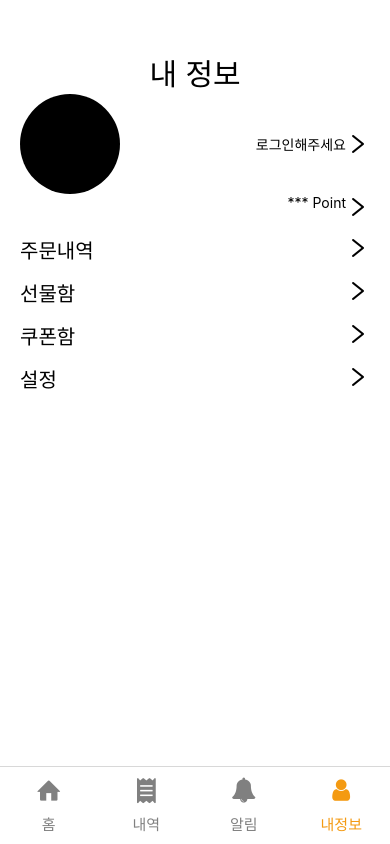
Repository: Unique0902/GachiDutch
Screen: /User
These files come from the project's save history. The screen is drawn as it stood at one moment and after the next save; the edit follows.
The app was drawn by React Native's web renderer in a window 390 px wide. The project was rebuilt for these pictures with package versions that can differ from the ones it lists, and the page was loaded fresh each time. Some packages were replaced by stand-ins written for this rebuild. Also part of the build but not shown: sources/components/lowBar/lowBar.jsx, sources/components/taxi/taxi.jsx, sources/components/alarm/alert.js, sources/components/alarm/alarm.jsx, sources/components/dutch_history/dutch_history.jsx, sources/components/dutchpay_historys/dutchpay_historys.jsx, sources/components/delivery_historys/delivery_historys.jsx, sources/components/taxi_historys/taxi_historys.jsx and 2 more.

Above is the screen before, as saved 2022-11-11 15:54:44.

### App.js
import React from 'react';
import { StyleSheet, Text, View, Image } from 'react-native';
import Home from './sources/components/home/home';
import { NavigationContainer } from '@react-navigation/native';
import { createNativeStackNavigator } from '@react-navigation/native-stack';
import Taxi from './sources/components/taxi/taxi';
import Main from './sources/routes/main/main';
import Login from './sources/routes/login/login';
import HttpClient from './sources/network/http.js';
import ReceiptService from './sources/services/receipt.js';

const Stack = createNativeStackNavigator();
const baseURL = 'https://dutch-server.herokuapp.com';
const httpClient = new HttpClient(baseURL);
const receiptService = new ReceiptService(baseURL);

export default function App() {
  return (
    <>
      <NavigationContainer>
        <Stack.Navigator screenOptions={{ headerShown: false }}>
          <Stack.Screen
            name='Main'
            children={({ navigation, route }) => (
              <Main
                receiptService={receiptService}
                navigation={navigation}
                route={route}
              />
            )}
          />
          <Stack.Screen name='Taxi' component={Taxi} />
          <Stack.Screen name='Login' component={Login} />
        </Stack.Navigator>
      </NavigationContainer>
    </>
  );
}

const styles = StyleSheet.create({
  header: {
    flexDirection: 'row',
    alignItems: 'center',
    justifyContent: 'space-between',
    margin: 25,
  },
  main: {},
  container: {
    flex: 1,
    backgroundColor: '#fff',
    alignItems: 'center',
    justifyContent: 'center',
  },
  logo: {
    width: 150,
    height: 30,
  },
});

### sources/components/home/home.jsx
import React, { useRef, useState, useEffect } from 'react';
import {
  StyleSheet,
  Text,
  View,
  Image,
  Button,
  Pressable,
  ScrollView,
  Dimensions,
} from 'react-native';
import { Entypo } from '@expo/vector-icons';
import { FontAwesome } from '@expo/vector-icons';
import { FontAwesome5 } from '@expo/vector-icons';
import LowBar from '../lowBar/lowBar';
import { isLogin, getUid } from '../../services/asyncstorage';
import { StatusBar } from 'react-native';

const Home = ({ login, setLogin, navigation, setUserData, userData }) => {
  const [scrollNum, setScrollNum] = useState(1);
  const windowWidth = Dimensions.get('window').width;
  const statusBarHeight = StatusBar.currentHeight;
  const headerStyle = {
    marginTop: statusBarHeight,
  };
  let advertisementWidth = windowWidth - 40;
  const scrollWidth = parseInt(advertisementWidth);
  let scrollLeft = 0;

  const advertisementStyle = () => {
    return {
      width: advertisementWidth,
    };
  };
  const pageCircleStyle = (num) => {
    if (scrollNum === num) {
      return {
        color: '#FB9700',
      };
    } else {
      return {
        color: '#FFFDD1',
      };
    }
  };
  const scrollRef = useRef();
  return (
    <View style={[styles.home, headerStyle]}>
      <View style={styles.top}>
        <View style={styles.header}>
          <Image
            source={require('../../images/dutch_logo.png')}
            style={styles.logo}
          />
          <Pressable>
            <Entypo name='menu' size={35} color='black' />
          </Pressable>
        </View>
        <View style={styles.mainTop}>
          {login ? (
            <View style={styles.onLogin}>
              <Text style={styles.onLoginText}>
                {userData && userData.name}님 반가워요!
              </Text>
            </View>
          ) : (
            <View style={styles.login}>
              <View style={styles.loginTop}>
                <Pressable
                  style={styles.loginBtn}
                  onPress={() =>
                    navigation.navigate('Login', { setLogin, setUserData })
                  }
                >
                  <Text style={[styles.loginText, styles.loginBtnText]}>
                    로그인
                  </Text>
                </Pressable>
                <Text style={styles.loginText}>하시고</Text>
              </View>
              <Text style={styles.loginText}>다양한 혜택을 만나 보세요!</Text>
            </View>
          )}
          <View style={styles.advertisementBox}>
            <ScrollView
              horizontal
              pagingEnabled
              contentContainerStyle={styles.advertisementScroll}
              ref={scrollRef}
              onScroll={(e) => {
                scrollLeft = parseInt(e.nativeEvent.contentOffset.x);
                if (scrollLeft % scrollWidth < 10) {
                  setScrollNum(parseInt(scrollLeft / scrollWidth + 1));
                }
              }}
              scrollEventThrottle={100}
              showsHorizontalScrollIndicator={false}
            >
              <Pressable style={[styles.advertisement, advertisementStyle()]}>
                <Image
                  source={require('../../images/advertisement_img.png')}
                  style={styles.advertisementImg}
                />
                <Text style={styles.advertisementText}>
                  같이 더치로{'\n'}편리하게 이용하세요
                </Text>
              </Pressable>
              <Pressable style={[styles.advertisement, advertisementStyle()]}>
                <Image
                  source={require('../../images/advertisement_img.png')}
                  style={styles.advertisementImg}
                />
                <Text style={styles.advertisementText}>
                  같이 더치로{'\n'}편리하게 이용하세요
                </Text>
              </Pressable>
              <Pressable style={[styles.advertisement, advertisementStyle()]}>
                <Image
                  source={require('../../images/advertisement_img.png')}
                  style={styles.advertisementImg}
                />
                <Text style={styles.advertisementText}>
                  같이 더치로{'\n'}편리하게 이용하세요
                </Text>
              </Pressable>
              <Pressable style={[styles.advertisement, advertisementStyle()]}>
                <Image
                  source={require('../../images/advertisement_img.png')}
                  style={styles.advertisementImg}
                />
                <Text style={styles.advertisementText}>
                  같이 더치로{'\n'}편리하게 이용하세요
                </Text>
              </Pressable>
            </ScrollView>
            <View style={styles.pageCircles}>
              <FontAwesome
                style={[styles.pageCircle, pageCircleStyle(1)]}
                name='circle'
                size={10}
                color='white'
              />
              <FontAwesome
                style={[styles.pageCircle, pageCircleStyle(2)]}
                name='circle'
                size={10}
                color='white'
              />
              <FontAwesome
                style={[styles.pageCircle, pageCircleStyle(3)]}
                name='circle'
                size={10}
                color='white'
              />
              <FontAwesome
                style={[styles.pageCircle, pageCircleStyle(4)]}
                name='circle'
                size={10}
                color='white'
              />
            </View>
          </View>
        </View>
      </View>
      <Pressable style={styles.event}>
        <View>
          <Text style={[styles.eventText, { fontSize: 20 }]}>
            이벤트 {'   '}|
          </Text>
        </View>
        <Text style={[styles.eventText, { fontSize: 15, marginLeft: 20 }]}>
          같이더치 월 결제로 10% 할인받자!
        </Text>
        <Text style={[styles.eventText, { fontSize: 20, marginLeft: 20 }]}>
          {'>'}
        </Text>
      </Pressable>

      <View style={styles.mainBottom}>
        <View style={styles.categories}>
          <View style={styles.topBtns}>
            <View style={styles.btnShadow}>
              <Pressable
                style={styles.goodsBtn}
                onPress={() => {
                  if (login) {
                    navigation.navigate('Taxi', { userData });
                  } else {
                    navigation.navigate('Login', { setLogin, setUserData });
                  }
                }}
              >
                <Image
                  source={require('../../images/taxi_img.png')}
                  style={styles.taxiImg}
                />
                <Text style={[styles.goodText, { marginTop: 20 }]}>택시</Text>
              </Pressable>
            </View>
            <View style={styles.btnShadow}>
              <Pressable style={styles.goodsBtn}>
                <Image
                  source={require('../../images/delivery_img.png')}
                  style={styles.taxiImg}
                />
                <Text style={[styles.goodText, { marginTop: 20 }]}>배달</Text>
              </Pressable>
            </View>
          </View>
          <View style={styles.downBtns}>
            <View style={styles.btnShadow}>
              <Pressable style={styles.downGoodsBtn}>
                <Image
                  source={require('../../images/taxi_human_img.png')}
                  style={styles.peopleImg}
                />
                <Text
                  style={[styles.goodText, { marginRight: 20, marginLeft: 20 }]}
                >
                  지인끼리
                </Text>
                <Image
                  source={require('../../images/location_img.png')}
                  style={styles.peopleImg}
                />
              </Pressable>
            </View>
          </View>
        </View>
      </View>
    </View>
  );
};

export default Home;

const styles = StyleSheet.create({
  home: {
    flex: 1,
    flexDirection: 'column',
  },
  loginText: {
    paddingVertical: 5,
  },
  header: {
    flexDirection: 'row',
    alignItems: 'center',
    justifyContent: 'space-between',
    margin: 0,
    flex: 1,
  },
  mainTop: {
    flex: 6,
  },
  top: {
    flex: 6,
    padding: 20,
  },
  loginBtn: {},
  login: {
    flex: 2,
    marginTop: 15,
  },
  onLogin: {
    flex: 2,
    marginTop: 15,
  },
  onLoginText: {
    marginTop: 10,
    fontSize: 25,
    fontWeight: '600',
    color: '#444444',
  },
  loginTop: {
    flexDirection: 'row',
    alignItems: 'center',
  },
  loginText: {
    fontSize: 18,
    color: '#444444',
  },
  loginBtnText: {
    color: '#F39910',
    textDecorationLine: 'underline',
    textDecorationStyle: 'solid',
    textDecorationColor: '#000',
  },
  mainBottom: {
    flex: 6,
    padding: 15,
  },
  advertisementScroll: {
    borderRadius: 15,
    position: 'relative',
  },
  advertisementBox: {
    flex: 4,
  },
  advertisement: {
    backgroundColor: '#FBBA00',
    borderRadius: 15,
    position: 'relative',
  },
  advertisementText: {
    color: 'white',
    fontSize: 20,
    fontWeight: '800',
    marginLeft: 30,
    marginTop: 25,
  },
  advertisementImg: {
    width: '100%',
    height: '87%',
    position: 'absolute',
    borderRadius: 20,
    bottom: 0,
  },
  pageCircles: {
    flexDirection: 'row',
    position: 'absolute',
    alignItems: 'center',
    bottom: 4,
    left: 140,
  },
  pageCircle: {
    marginLeft: 3,
    marginRight: 3,
  },
  event: {
    flex: 1,
    backgroundColor: '#3C4451',
    flexDirection: 'row',
    justifyContent: 'center',
    alignItems: 'center',
  },
  categories: {
    flex: 1,
  },
  topBtns: {
    flexDirection: 'row',
    flex: 3,
  },
  downBtns: {
    flex: 2,
  },
  goodsBtn: {
    borderRadius: 20,
    backgroundColor: 'white',
    width: '100%',
    height: '100%',
    alignItems: 'center',
    justifyContent: 'center',
  },
  downGoodsBtn: {
    borderRadius: 20,
    backgroundColor: 'white',
    width: '100%',
    height: '100%',
    flexDirection: 'row',
    justifyContent: 'center',
    alignItems: 'center',
  },
  goodText: {
    fontSize: 20,
    fontWeight: '600',
  },
  btnShadow: {
    flex: 1,
    shadowOffset: {
      width: 0,
      height: 1,
    },
    shadowOpacity: 0.18,
    borderRadius: 20,
    shadowRadius: 1.0,
    elevation: 1,
    margin: 5,
  },
  eventText: {
    color: 'white',
  },
  taxiImg: {
    width: 90,
    height: 90,
  },
  peopleImg: {
    width: 60,
    height: 67,
  },
  logo: {
    width: 150,
    height: 30,
  },
});

### sources/routes/main/main.jsx
import React, { useEffect, useRef, useState } from 'react';
import { View, Button, Text } from 'react-native';
import Home from '../../components/home/home';
import LowBar from '../../components/lowBar/lowBar';
import User from '../../components/user/user';
import Alarm from '../../components/alarm/alarm';
import Receipt from '../../components/receipt/receipt';
import { createBottomTabNavigator } from '@react-navigation/bottom-tabs';
import { Entypo } from '@expo/vector-icons';
import { FontAwesome } from '@expo/vector-icons';
import { FontAwesome5 } from '@expo/vector-icons';
import { isLogin, matchUserData } from '../../services/asyncstorage';

const Tab = createBottomTabNavigator();

const Main = ({ receiptService, navigation, route }) => {
  const [login, setLogin] = useState(false);
  const [userData, setUserData] = useState(null);

  useEffect(() => {
    isLogin().then((result) => {
      if (result) {
        setLogin(true);
        console.log('로그인 되어있음!');
        matchUserData(setUserData);
      } else {
        setLogin(false);
        console.log('로그인 안되어있음!');
      }
    });
  }, [login]);
  return (
    <>
      <View style={{ flex: 14 }}>
        <Tab.Navigator
          screenOptions={({ route }) => ({
            tabBarIcon: ({ color, size }) => {
              if (route.name === 'Home') {
                return <Entypo name='home' size={size} color={color} />;
              } else if (route.name === 'Receipt') {
                return (
                  <FontAwesome5 name='receipt' size={size} color={color} />
                );
              } else if (route.name === 'Alarm') {
                return <FontAwesome name='bell' size={size} color={color} />;
              } else if (route.name === 'User') {
                return <FontAwesome name='user' size={size} color={color} />;
              }
            },
            tabBarStyle: { flex: 0.1 },
            tabBarLabelStyle: {
              fontSize: 15,
              marginBottom: 10,
              fontWeight: '500',
            },
            tabBarActiveTintColor: '#F49A11',
            tabBarInactiveTintColor: 'gray',
            headerShown: false,
          })}
        >
          <Tab.Screen
            name='Home'
            options={({ route, navigation }) => {
              return { tabBarLabel: '홈' };
            }}
            children={({ navigation }) => (
              <Home
                login={login}
                setLogin={setLogin}
                navigation={navigation}
                setUserData={setUserData}
                userData={userData}
              />
            )}
          />
          <Tab.Screen
            name='Receipt'
            options={({ route, navigation }) => {
              return { tabBarLabel: '내역' };
            }}
            children={({ navigation, route }) => (
              <Receipt
                login={login}
                navigation={navigation}
                receiptService={receiptService}
                userData={userData}
                route={route}
              />
            )}
          />
          <Tab.Screen
            options={({ route, navigation }) => {
              return { tabBarLabel: '알림' };
            }}
            name='Alarm'
            children={({ navigation }) => (
              <Alarm login={login} navigation={navigation} />
            )}
          />
          <Tab.Screen
            options={({ route, navigation }) => {
              return { tabBarLabel: '내정보' };
            }}
            name='User'
            children={({ navigation }) => (
              <User
                login={login}
                setLogin={setLogin}
                navigation={navigation}
                setUserData={setUserData}
                userData={userData}
              />
            )}
          />
        </Tab.Navigator>
      </View>
    </>
  );
};

export default Main;

### sources/network/http.js
export default class HttpClient {
  constructor(baseURL) {
    this.baseURL = baseURL;
  }

  async fetch(url, options) {
    const res = await fetch(`${this.baseURL}${url}`, {
      ...options,
      headers: {
        'Content-Type': 'application/json',
        ...options.headers,
      },
    });
    let data;
    try {
      data = await res.json();
    } catch (error) {
      console.error(error);
    }

    if (res.status > 299 || res.status < 200) {
      const message =
        data && data.message ? data.message : 'Something went wrong! 🤪';
      const error = new Error(message);
      throw error;
    }
    return data;
  }
}

### sources/services/receipt.js
export default class ReceiptService {
  constructor(http) {
    this.http = http;
  }

  getTexiHistorys = async (userId) => {
    return await fetch(`${this.http}/receipt/all/${userId}`, {
      method: 'GET',
    });
  };
}

### sources/services/asyncstorage.js
import AsyncStorage from '@react-native-async-storage/async-storage';

export const isLogin = async () => {
  try {
    const loginDatas = await AsyncStorage.getItem('loginDatas');
    console.log(loginDatas);
    if (loginDatas) {
      return true;
    } else {
      return false;
    }
  } catch (e) {
    console.error(e);
  }
};

export const logout = async () => {
  try {
    await AsyncStorage.removeItem('loginDatas');
  } catch (error) {
    console.error(error);
  }
};

export const getRefreshToken = async () => {
  try {
    const loginDatas = await AsyncStorage.getItem('loginDatas');
    if (loginDatas) {
      return JSON.parse(loginDatas).refreshToken;
    }
  } catch (e) {
    console.error(e);
  }
};

export const getUid = async () => {
  try {
    const loginDatas = await AsyncStorage.getItem('loginDatas');
    if (loginDatas) {
      return JSON.parse(loginDatas).uid;
    }
  } catch (e) {
    console.error(e);
  }
};

export const matchUserData = async (setUserData) => {
  try {
    const loginDatas = await AsyncStorage.getItem('loginDatas');
    if (loginDatas) {
      return setUserData(JSON.parse(loginDatas));
    }
  } catch (e) {
    console.error(e);
  }
};

### sources/components/user/user.jsx
import React, { useEffect, useRef, useState } from 'react';
import { StatusBar } from 'react-native';
import {
  StyleSheet,
  Text,
  View,
  Pressable,
  ScrollView,
  Image,
} from 'react-native';
import { AntDesign } from '@expo/vector-icons';
import { isLogin, logout } from '../../services/asyncstorage';

export default function User({
  login,
  setLogin,
  navigation,
  setUserData,
  userData,
}) {
  const statusBarHeight = StatusBar.currentHeight;
  const headerStyle = {
    marginTop: statusBarHeight,
  };
  const onProfilePress = () => {
    console.log('profile pressed');
  };
  const onProfileInfoPress = () => {
    if (login) {
    } else {
      navigation.navigate('Login', { setLogin: setLogin });
    }
  };
  useEffect(() => {
    console.log(login);
  }, []);
  return (
    <View style={styles.container}>
      <StatusBar style='auto' />
      <View>
        <Text style={styles.header}>내 정보</Text>
      </View>

      <View>
        <View style={styles.profileArea}>
          <Pressable onPress={onProfilePress}>
            <Image style={styles.profileImage} />
          </Pressable>

          <Pressable
            onPress={() => {
              onProfileInfoPress();
            }}
            style={styles.infoClickArea}
          >
            <View>
              {login ? (
                <>
                  <Text style={styles.pointText}>
                    {userData && userData.name} 님
                  </Text>
                </>
              ) : (
                <>
                  <Text>로그인해주세요</Text>
                </>
              )}
            </View>
            <AntDesign name='right' size={24} color='black' />
          </Pressable>
        </View>

        <Pressable
          style={{
            flexDirection: 'column',
            alignItems: 'flex-end',
            marginBottom: 15,
          }}
        >
          <View style={{ flexDirection: 'row' }}>
            <Text>*** </Text>
            <Text>Point</Text>
            <AntDesign name='right' size={24} color='black' />
          </View>
        </Pressable>
      </View>

      <ScrollView>
        <Pressable style={styles.enterMenu}>
          <Text style={styles.menuText}>주문내역</Text>
          <AntDesign name='right' size={24} color='black' />
        </Pressable>
        <Pressable style={styles.enterMenu}>
          <Text style={styles.menuText}>선물함</Text>
          <AntDesign name='right' size={24} color='black' />
        </Pressable>
        <Pressable style={styles.enterMenu}>
          <Text style={styles.menuText}>쿠폰함</Text>
          <AntDesign name='right' size={24} color='black' />
        </Pressable>
        <Pressable style={styles.enterMenu}>
          <Text style={styles.menuText}>설정</Text>
          <AntDesign name='right' size={24} color='black' />
        </Pressable>
        {login && (
          <Pressable style={styles.logoutBtn}>
            <Text
              style={styles.logoutText}
              onPress={() => {
                logout().then(() => {
                  setLogin(false);
                  console.log('로그아웃됨!');
                  setUserData(null);
                  navigation.navigate('Main', { screen: 'Home' });
                });
              }}
            >
              로그아웃
            </Text>
          </Pressable>
        )}
      </ScrollView>
    </View>
    //내정보
  );
}

const styles = StyleSheet.create({
  container: {
    flex: 1,
    backgroundColor: '#fff',
    paddingHorizontal: 20,
  },
  header: {
    marginTop: 50,
    fontSize: 30,
    alignSelf: 'center',
  },
  enterMenu: {
    justifyContent: 'space-between',
    flexDirection: 'row',
    marginBottom: 14,
  },
  menuText: {
    fontSize: 20,
    fontWeight: '500',
  },
  pointText: {
    fontSize: 20,
    fontWeight: '500',
  },
  profileImage: {
    width: 100,
    height: 100,
    borderRadius: 100,
    backgroundColor: 'black',
  },
  infoArea: {
    flexDirection: 'column',
  },
  infoClickArea: {
    flexDirection: 'row',
    alignItems: 'center',
    justifyContent: 'space-between',
  },
  infoText: {
    fontSize: 24,
    fontWeight: '500',
  },
  profileArea: {
    flexDirection: 'row',
    justifyContent: 'space-between',
  },
  logoutBtn: {},
  logoutText: {
    fontSize: 20,
    fontWeight: '500',
    color: 'red',
  },
});

Loaded but not shown: index.js (common file)

After the next save:
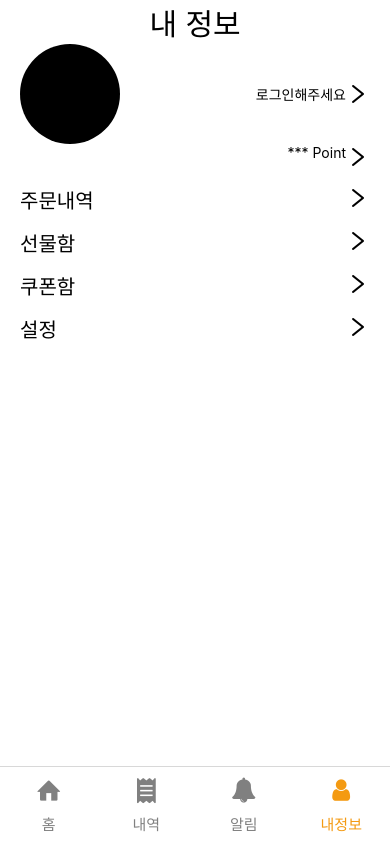
Saved 19 s later.
--- a/sources/components/user/user.jsx
+++ b/sources/components/user/user.jsx
@@ -35,7 +35,7 @@ export default function User({
     console.log(login);
   }, []);
   return (
-    <View style={styles.container}>
+    <View style={[styles.container, headerStyle]}>
       <StatusBar style='auto' />
       <View>
         <Text style={styles.header}>내 정보</Text>
@@ -132,7 +132,6 @@ const styles = StyleSheet.create({
     paddingHorizontal: 20,
   },
   header: {
-    marginTop: 50,
     fontSize: 30,
     alignSelf: 'center',
   },
